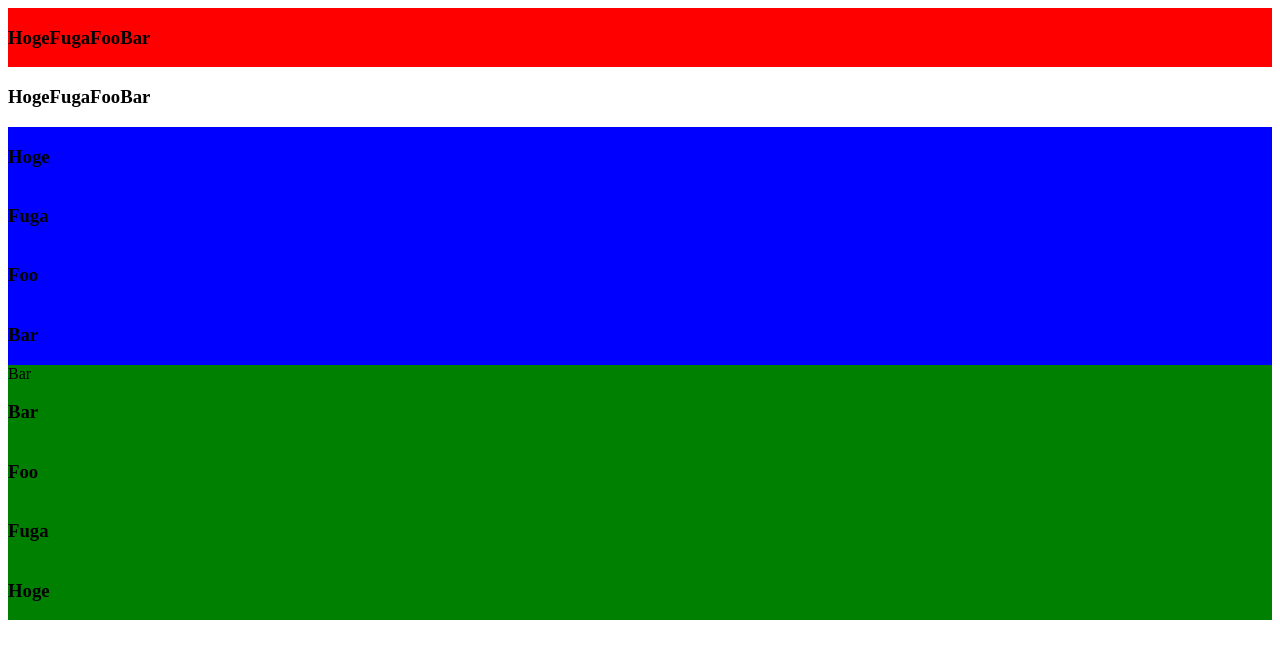
Repository: TakashiYamaguchi2021/samurai_HTML-CSS
Page: flexbox.html
The author's editor kept a record of every edit. The page is drawn from the files as they stood at one moment, then again after the next edit.
The browser window is 1280 px wide. The pictures show the whole page.

Above is the page before.

After the next edit:
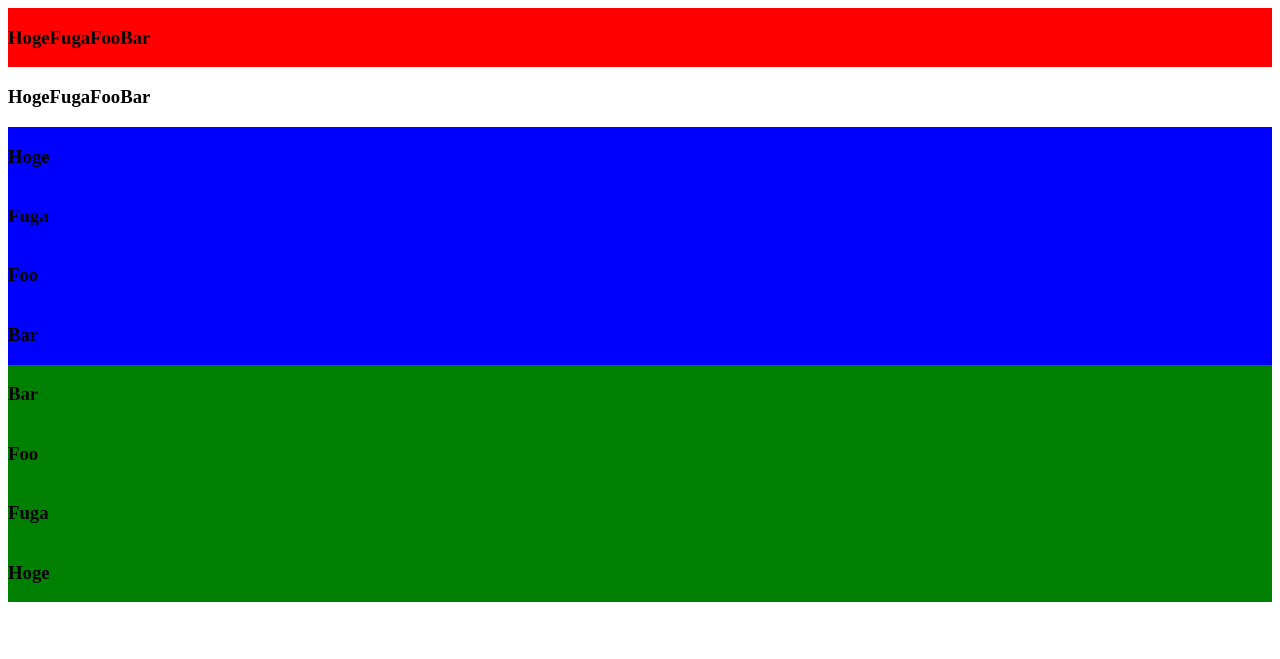
The edit:
--- a/flexbox.html
+++ b/flexbox.html
@@ -45,8 +45,7 @@
             <h3>Hoge</h3>
             <h3>Fuga</h3>
             <h3>Foo</h3>
-            <h3>Bar</h3>   Bar
-            </div>
+            <h3>Bar</h3>
         </div>
     </body>
 </html>
